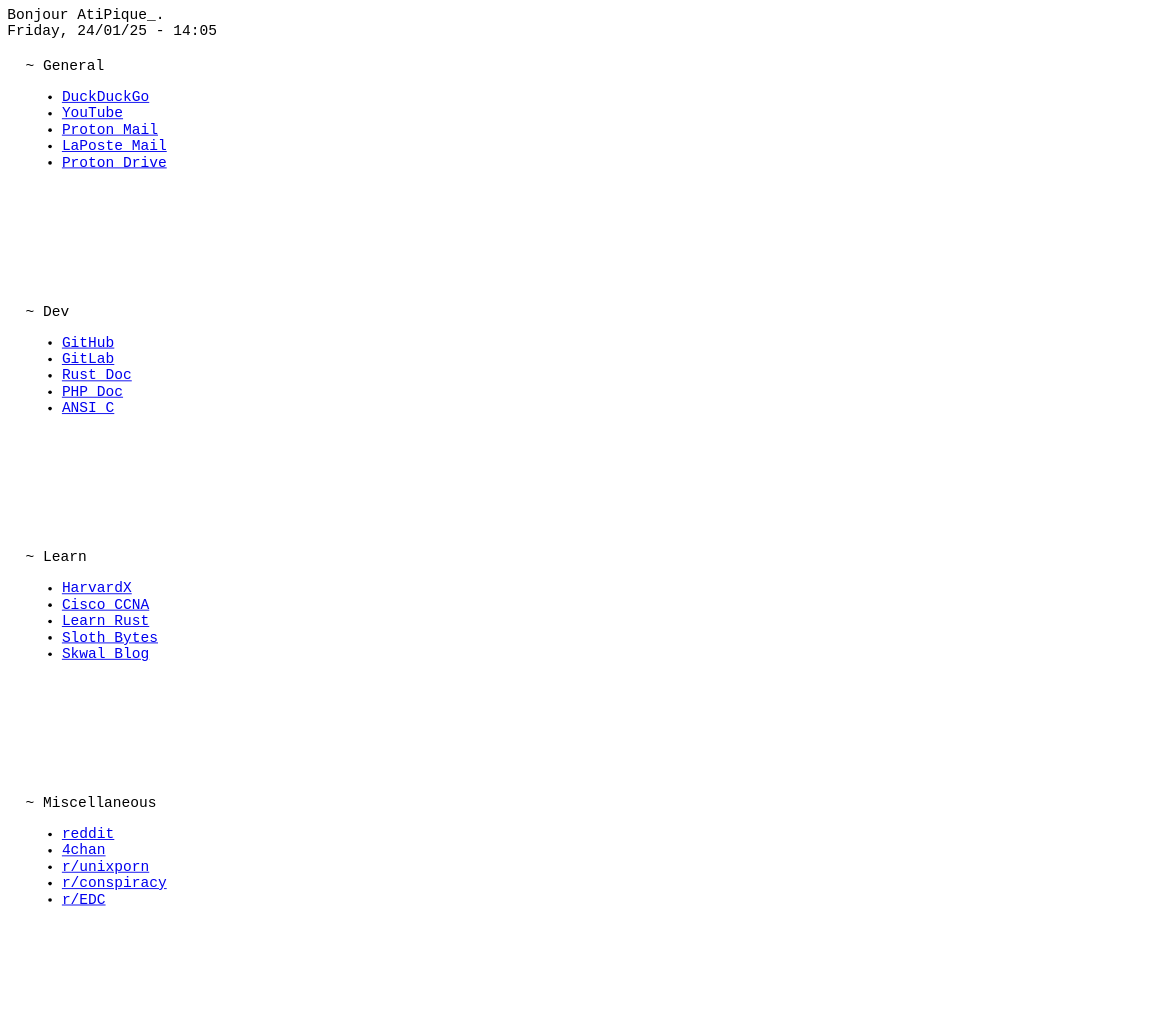
Repository: AtiPiquee/HyprDots
Page: Dev/mystartpage/index.html
An editor plug-in stored every save of this project. The page is shown before and after the next save, followed by the edit.
The browser window is 1280 px wide. The pictures show the whole page, at 91% of full size.
Some web fonts or font styles are not loaded; a fallback is used.

Above is the page before, as saved 2025-02-14 04:04:30.

### Dev/mystartpage/index.html
<!doctype html>
<html lang="en">
  <head>
    <title>~/startpage 💫</title>
    <meta charset="UTF-8" />
    <meta name="viewport" content="width=device-width, initial-scale=1" />
    <link href="assets/css/style.css" rel="stylesheet"/>
  </head>

  <body class="atipique_">
    <div id="text">
      <div id="greeting">Bonjour AtiPique_.</div>
      <div id="date"></div>

      <div id="urls" class="links">
        <div class="url">
          <div class="header">~ General</div>
          <ul>
            <li><a href="https://duck.com">DuckDuckGo</a></li>
            <li><a href="https://youtube.com">YouTube</a></li>
            <li><a href="https://mail.proton.me/u/2/inbox">Proton Mail</a></li>
            <li><a href="https://web-mail.laposte.net/main.html#welcome">LaPoste Mail</a></li>
            <li><a href="https://drive.proton.me">Proton Drive</a></li>
          </ul>
        </div>
        <div class="url">
          <div class="header">~ Dev</div>
          <ul>
            <li><a href="https://github.com/Fxzzi?tab=repositories">GitHub</a></li>
            <li><a href="https://gitlab.com/dashboard/projects">GitLab</a></li>
            <li><a href="https://doc.rust-lang.org/rust-by-example/index.html">Rust Doc</a></li>
            <li><a href="https://www.php.net/docs.php">PHP Doc</a></li>
            <li><a href="https://venkivasamsetti.github.io/ebookworm.github.io/Books/cse/C%20Programming%20Language%20(2nd%20Edition).pdf">ANSI C</a></li>
          </ul>
        </div>
        <div class="url">
          <div class="header">~ Learn</div>
          <ul>
            <li><a href="https://www.edx.org/school/harvardx">HarvardX</a></li>
            <li><a href="https://www.cisco.com/site/us/en/learn/training-certifications/certifications/enterprise/ccna/index.html#tabs-7edb32179e-item-d43da2dc1e-tab">Cisco CCNA</a></li>
            <li><a href="https://skwalexe.github.io/learn-rust/">Learn Rust</a></li>
            <li><a href="https://slothbytes.beehiiv.com/">Sloth Bytes</a></li>
            <li><a href="https://blog.skwal.net/">Skwal Blog</a></li>
          </ul>
        </div>
        <div class="url">
          <div class="header">~ Miscellaneous</div>
          <ul>
            <li><a href="https://reddit.com/">reddit</a></li>
            <li><a href="https://4chan.org/">4chan</a></li>
            <li><a href="https://reddit.com/r/unixporn/">r/unixporn</a></li>
            <li><a href="https://reddit.com/r/conspiracy/">r/conspiracy</a></li>
            <li><a href="https://reddit.com/r/EDC/">r/EDC</a></li>

          </ul>
        </div>
      </div>

    </div>

  </body>
  <script async src="assets/js/date.js"></script>

</html>

### Dev/mystartpage/assets/css/style.css
@font-face {
    font-family: "SpaceMono Nerd Font";
    font-display: swap;
    src:
      local("SpaceMono Nerd Font"),
      url(../fonts/SpaceMonoNF.woff2) format("woff2"),
      url(../fonts/SpaceMonoNF.woff) format("woff");
  }

body {
    color: var(--text-color);
    font-family:
      SpaceMono Nerd Font,
      monospace;
  }

.urls {
    display: flex;
    align-items: center;
    justify-content: center;
    gap: 10px;
}

.url {
    height: 230px;
    width: 370px;
    text-align: left;
    padding: 20px;
}

### Dev/mystartpage/assets/js/date.js
const dateElement = document.getElementById("date");

function showTime() {
  const date = new Date();

  const options = {
    weekday: "long",
    hour: "2-digit",
    minute: "2-digit",
    day: "2-digit",
    month: "2-digit",
    year: "2-digit",
  };


  // EN date :


  const formattedDate = date.toLocaleString("en-GB", options);
  const [dayOfWeek, dateStr, time] = formattedDate.split(", ");

  dateElement.innerHTML = `${dayOfWeek}, ${dateStr} - ${time}`;


  // FR date :
  /*
  const formattedDate = date.toLocaleString("fr-FR", options);
  const [dayOfWeek, dateStr, time] = formattedDate.split(" ");

  */

  dateElement.innerHTML = `${dayOfWeek.replace(dayOfWeek[0], dayOfWeek[0].toUpperCase())}, ${dateStr} - ${time}`;

}

setInterval(showTime, 1000);
showTime();

After the next save:
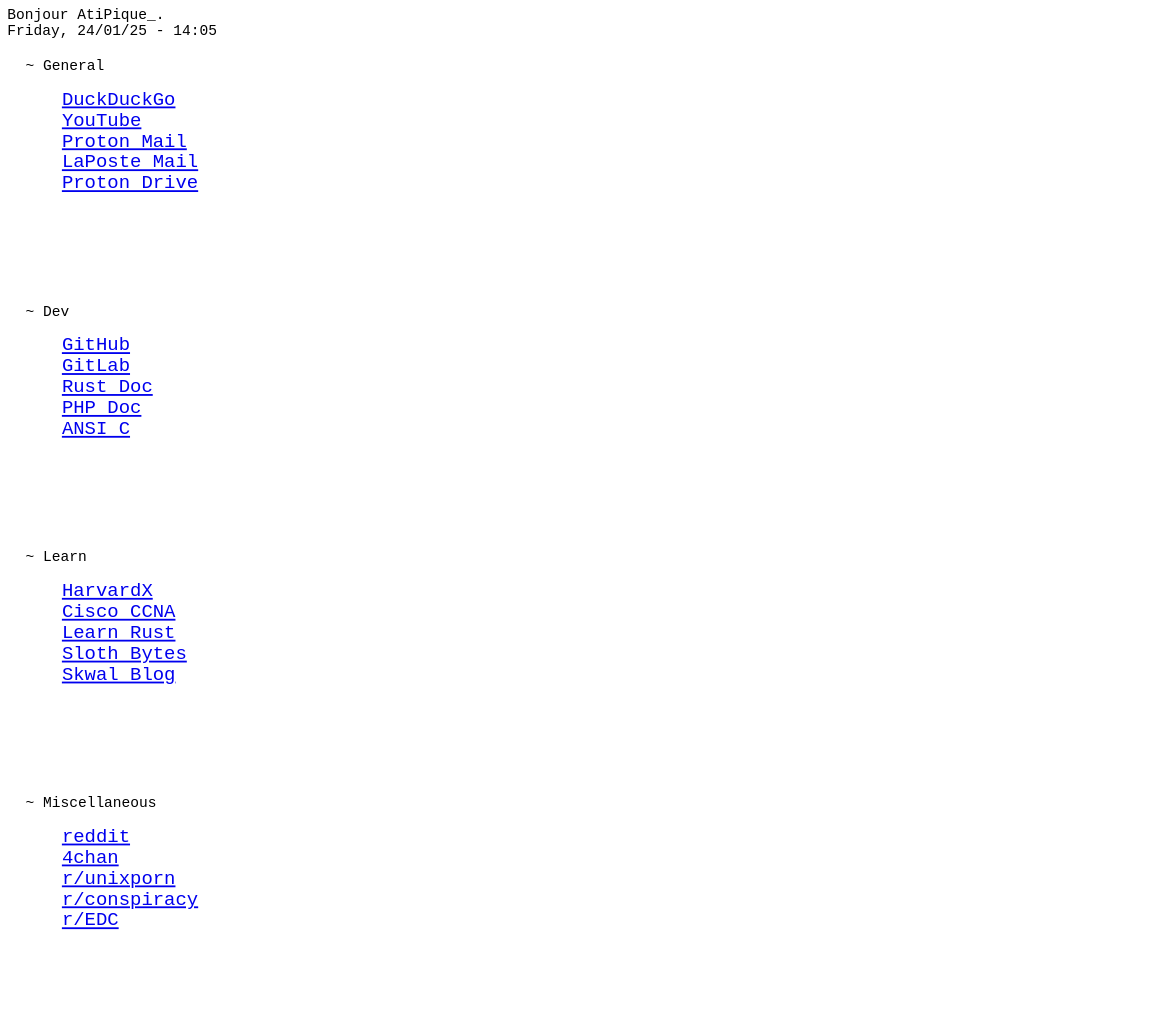
Saved 43 s later.
--- a/Dev/mystartpage/assets/css/style.css
+++ b/Dev/mystartpage/assets/css/style.css
@@ -27,3 +27,8 @@
     text-align: left;
     padding: 20px;
 }
+
+.url li {
+    list-style-type: none;
+    font-size: 1.3rem;
+}
